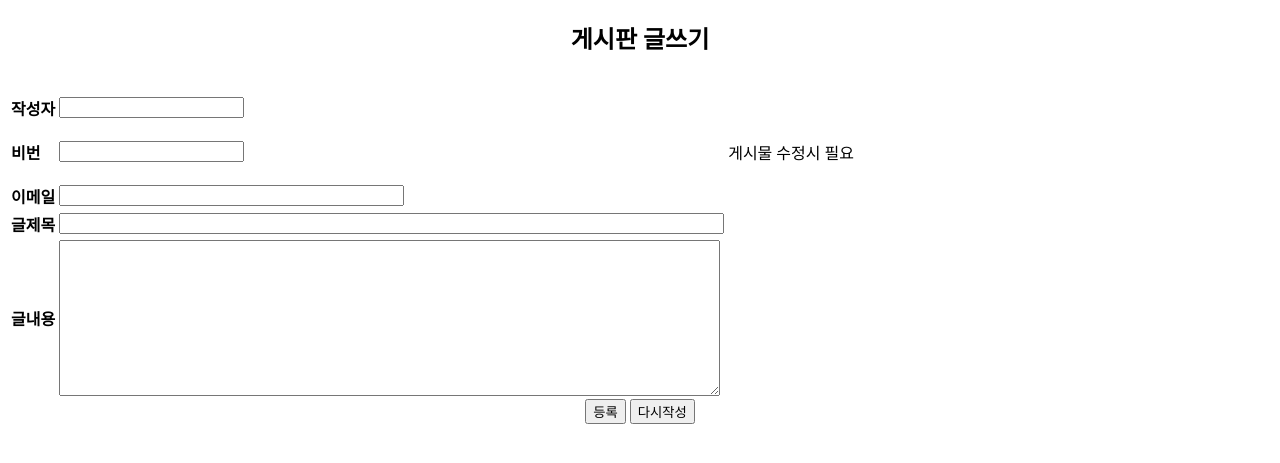
Repository: supremehappy/JSP_test02
Page: http://localhost/test/JSP_Test_06_1_boardWriteForm.jsp
These files come from the project's save history. The page is drawn as it stood at one moment and after the next save; the edit follows.
The browser window is 1280 px wide. The pictures show the whole page.
The page is served by Tomcat 9.

Above is the page before, as saved 2017-07-17 07:21:05.

After the next save:
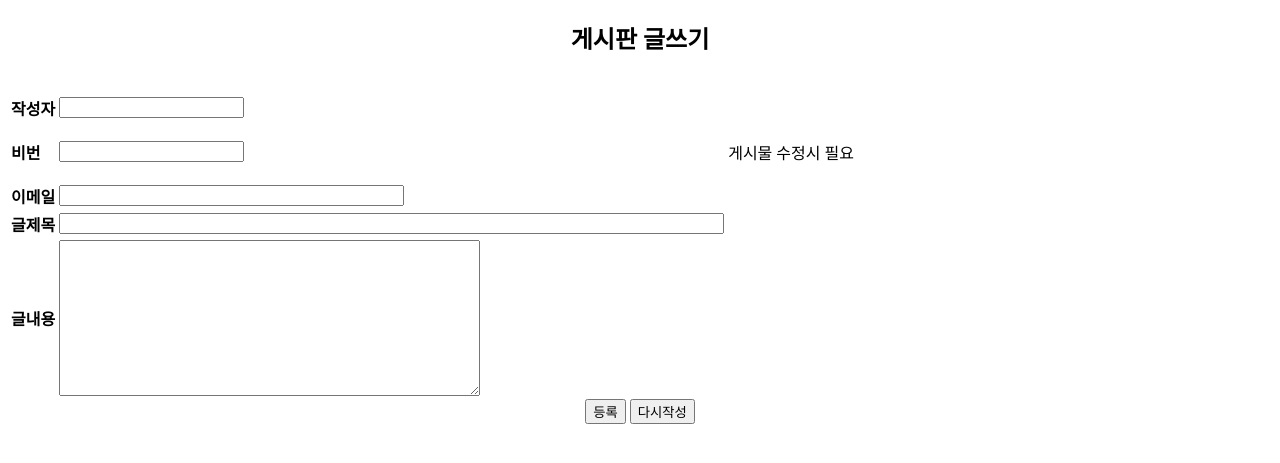
Saved 12 s later.
--- a/test/WebContent/JSP_Test_06_1_boardWriteForm.jsp
+++ b/test/WebContent/JSP_Test_06_1_boardWriteForm.jsp
@@ -38,7 +38,7 @@
 		</tr>
 		<tr>
 			<td><label><b>글내용		</b></label></td>
-			<td><textarea rows="10" cols="80" name="comment"  ></textarea></td>
+			<td><textarea rows="10" cols="50" name="comment"  ></textarea></td>
 		</tr>
 	</table>
 	<div>
